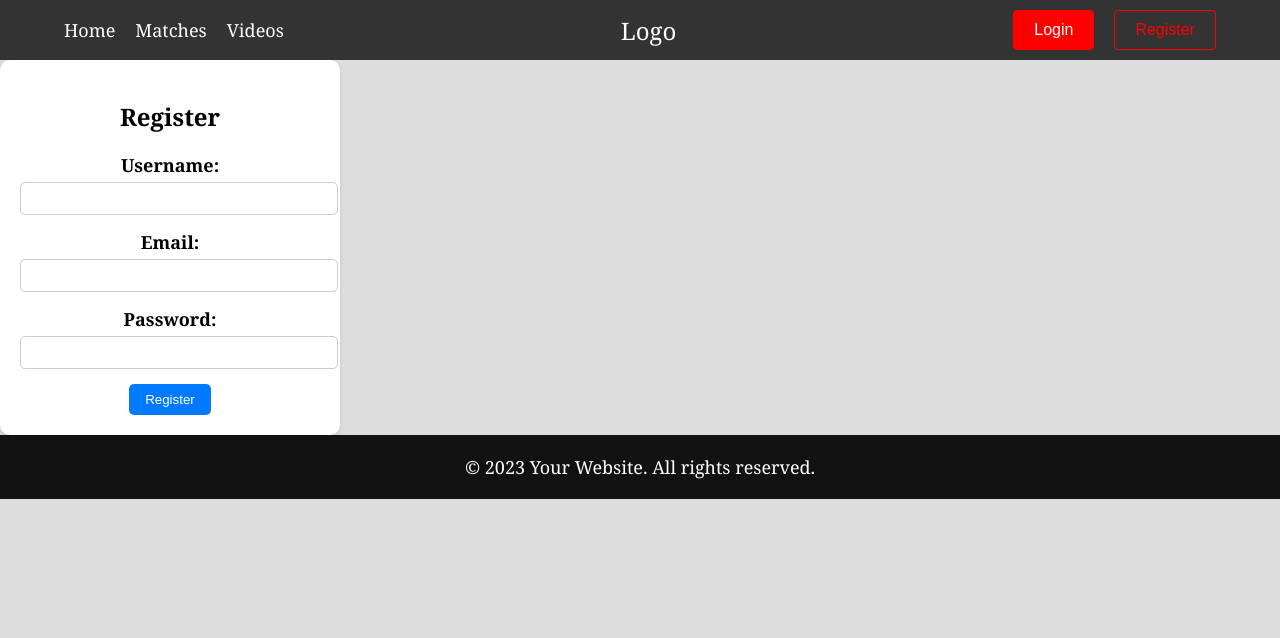
Repository: Temitech001/wrestling
Page: spiritofwarrior/register.html
These files come from the project's save history. The page is drawn as it stood at one moment and after a run of saves; the edit follows.
The browser window is 1280 px wide. The pictures show the whole page.

Above is the page before, as saved 2023-08-12 01:28:46.

### spiritofwarrior/register.html
<!DOCTYPE html>
<html lang="en">
<head>
    <meta charset="UTF-8">
    <meta name="viewport" content="width=device-width, initial-scale=1.0">
    <link rel="stylesheet" href="styles.css">
    <title>Register</title>
</head>
<body>
    <div class="navbar">
        <ul class="menu-items">
          <li class="menu-item"><a href="/index.html">Home</a></li>
          <li class="menu-item"><a href="/matches.html">Matches</a></li>
          <li class="menu-item"><a href="/videos.html">Videos</a></li>
        </ul>
        <div class="logo">
          <a href="#">Logo</a>
        </div>
        <div class="buttons">
          <a href="/login.html"><button class="button btn-login">Login</button></a>
          <a href="/register.html"><button class="button btn-reg">Register</button></a>
        </div>
      </div>

      <div class="register-container">
        <h2 class="register-heading">Register</h2>
        <form>
          <div class="input-group">
            <label for="username">Username:</label>
            <input type="text" id="username" name="username" required>
          </div>
          <div class="input-group">
            <label for="email">Email:</label>
            <input type="email" id="email" name="email" required>
          </div>
          <div class="input-group">
            <label for="password">Password:</label>
            <input type="password" id="password" name="password" required>
          </div>
          <button class="register-button" type="submit">Register</button>
        </form>
      </div>

      <footer class="footer">
        &copy; 2023 Your Website. All rights reserved.
      </footer>
</body>
</html>

### spiritofwarrior/styles.css
body {
  margin: 0;
  font-family: Cambria, Cochin, Georgia, Times, 'Times New Roman', serif;
  font-size: 18px;
  background-color: #ddd;
  overflow-x: hidden; /* This hides horizontal scroll */
}



.navbar {
  display: flex;
  justify-content: space-between;
  align-items: center;
  background-color: #333;
  color: #fff;
  padding: 10px 5%;
}

.logo {
  text-align: center;
}

.logo a {
  color: #fff;
  text-decoration: none;
  font-size: 24px;
}

.menu-items {
  list-style: none;
  display: flex;
  margin: 0;
  padding: 0;
}

.menu-item {
  margin-right: 20px;
}

.menu-item:last-child {
  margin-right: 0;
}

.menu-item a {
  color: #fff;
  text-decoration: none;
}

.buttons {
  display: flex;
  align-items: center;
}

.button {
  padding: 10px 20px;
  border: 1px solid;
  color: #fff;
  text-decoration: none;
  border-radius: 4px;
  display: inline-block;
  font-size: 16px;
  cursor: pointer;
}

.btn-login{
  background-color: red;
  border-color: red;
}

.btn-reg{
  margin-left: 20px;
  background-color: transparent;
  color: red;
  border-color: red;
}

/* Responsive Styles */
@media screen and (max-width: 768px) {
  .menu-items {
    display: none;
  }

  .button {
    display: none;
  }

  .logo {
    order: 2;
    flex-grow: 1;
  }

  /* .menu-items.mobile {
    display: block;
    background-color: #333;
    position: absolute;
    top: 50px;
    left: 0;
    width: 100%;
    text-align: center;
    padding: 10px 0;
    box-shadow: 0 4px 6px rgba(0, 0, 0, 0.1);
  }

  .menu-items.mobile li {
    margin-bottom: 10px;
  } */
}

.banner {
  position: relative;
  text-align: center;
  color: #fff;
  background-image: url('/assets/banner.jpg'); /* Replace with your image URL */
  background-size: cover;
  background-position: center;
  padding: 200px 0;
}

.banner-overlay {
  position: absolute;
  top: 0;
  left: 0;
  width: 100%;
  height: 100%;
  background-color: rgba(0, 0, 0, 0.5); /* Semi-transparent black overlay */
  z-index: 0;
}

.banner-content {
  position: relative;
  z-index: 1;
}

.banner h1 {
  font-size: 36px;
  margin-bottom: 20px;
}

/* Responsive Styles */
@media screen and (max-width: 768px) {
  .banner {
    padding: 50px 0;
  }

  .banner h1 {
    font-size: 28px;
  }
}

.section {
  padding: 50px 5%;
}

.event-row {
  display: flex;
  flex-wrap: wrap;
  margin: -15px; /* To counteract negative margins on columns */
  width: 100%;
  padding-left: 5%;
  padding-right: 5%;
}

.event-column {
  flex-basis: calc(33.33% - 30px); /* Adjust based on desired gutter width */
  padding: 15px; /* space between columns */
  box-sizing: border-box;
  text-align: center;
}

.event-image {
  max-width: 100%;
  height: auto;
  border-radius: 8px;
  margin-bottom: 10px;
}

.event-title {
  font-size: 18px;
  margin-bottom: 5px;
}

.event-location {
  color: #888;
  font-size: 14px;
}

/* Responsive Styles */
@media screen and (max-width: 768px) {
  .event-column {
    flex-basis: calc(50% - 20px);
  }
}

.video-section {
  text-align: center;
  width: 100%;
  margin-top: 30px;
  padding: 30px 5%;
}

.video-row {
  display: flex;
  flex-wrap: wrap;
  margin: -15px; /* To counteract negative margins on columns */
}

.video-column {
  flex-basis: calc(33.33% - 30px); /* Adjust based on desired gutter width */
  padding: 15px; /* Gutter between columns */
  box-sizing: border-box;
  text-align: center;
}

.video-iframe {
  width: 100%;
  height: 250px;
}

.video-caption {
  font-size: 16px;
  margin-top: 10px;
}

/* Responsive Styles */
@media screen and (max-width: 768px) {
  .video-column {
    flex-basis: calc(50% - 20px);
  }
}

.footer {
  background-color: #121212;
  color: #fff;
  text-align: center;
  padding: 20px 0;
}




.matches-container {
  display: grid;
  grid-template-columns: repeat(3, 1fr);
  gap: 20px;
  max-width: 1200px;
  margin: 0 auto;
  padding: 20px;
}

.match-card {
  background-color: #fff;
  border-radius: 10px;
  box-shadow: 0 2px 4px rgba(0, 0, 0, 0.1);
  padding: 20px;
  text-align: center;
}

.match-image {
  max-width: 100%;
  height: auto;
  border-radius: 5px;
}

.match-location,
.match-time {
  margin-top: 10px;
  font-size: 14px;
  color: #555;
}

.book-ticket-button {
  margin-top: 15px;
  background-color: #007bff;
  color: #fff;
  border: none;
  border-radius: 5px;
  padding: 8px 16px;
  cursor: pointer;
}

.book-ticket-button:hover {
  background-color: #0056b3;
}

@media (max-width: 767px) {
  .matches-container {
    grid-template-columns: 1fr;
  }
}

.videos-container {
  display: grid;
  grid-template-columns: repeat(4, 1fr);
  gap: 20px;
  max-width: 1200px;
  margin: 0 auto;
  padding: 20px;
}

.video-card {
  position: relative;
  background-color: #fff;
  border-radius: 10px;
  box-shadow: 0 2px 4px rgba(0, 0, 0, 0.1);
  overflow: hidden;
}

.video-thumbnail {
  max-width: 100%;
  height: auto;
  display: block;
}

.video-title {
  padding: 10px;
  font-size: 16px;
  text-align: center;
}

.video-buttons {
  position: absolute;
  top: 0;
  left: 0;
  right: 0;
  bottom: 0;
  background-color: rgba(0, 0, 0, 0.5);
  display: flex;
  flex-direction: column;
  justify-content: center;
  align-items: center;
  opacity: 0;
  transition: opacity 0.3s;
}

.video-card:hover .video-buttons {
  opacity: 1;
}

.download-button,
.watch-button {
  background-color: #FF0000;
  color: #fff;
  border: none;
  border-radius: 5px;
  padding: 8px 16px;
  margin: 5px;
  cursor: pointer;
}

.download-button:hover,
.watch-button:hover {
  background-color: #880f0a;
}

@media (max-width: 767px) {
  .videos-container {
    grid-template-columns: 1fr;
  }
}



.login-container {
  background-color: #fff;
  border-radius: 10px;
  box-shadow: 0 2px 4px rgba(0, 0, 0, 0.1);
  padding: 20px;
  width: 300px;
  text-align: center;
  margin: auto;
  margin-top: 50px;
  margin-bottom: 50px;
}

.login-heading {
  font-size: 24px;
  margin-bottom: 20px;
}

.input-group {
  margin-bottom: 15px;
}

.input-group label {
  display: block;
  margin-bottom: 5px;
  font-weight: bold;
}

.input-group input {
  width: 100%;
  padding: 8px;
  border: 1px solid #ccc;
  border-radius: 5px;
}

.login-button {
  background-color: #007bff;
  color: #fff;
  border: none;
  border-radius: 5px;
  padding: 8px 16px;
  cursor: pointer;
}

.login-button:hover {
  background-color: #0056b3;
}

@media (max-width: 767px) {
  .login-container {
    width: 80%;
  }
}

.register-container {
  background-color: #fff;
  border-radius: 10px;
  box-shadow: 0 2px 4px rgba(0, 0, 0, 0.1);
  padding: 20px;
  width: 300px;
  text-align: center;
  ma
}

.register-heading {
  font-size: 24px;
  margin-bottom: 20px;
}

.input-group {
  margin-bottom: 15px;
}

.input-group label {
  display: block;
  margin-bottom: 5px;
  font-weight: bold;
}

.input-group input {
  width: 100%;
  padding: 8px;
  border: 1px solid #ccc;
  border-radius: 5px;
}

.register-button {
  background-color: #007bff;
  color: #fff;
  border: none;
  border-radius: 5px;
  padding: 8px 16px;
  cursor: pointer;
}

.register-button:hover {
  background-color: #0056b3;
}

@media (max-width: 767px) {
  .register-container {
    width: 80%;
  }
}

After the next 5 saves:
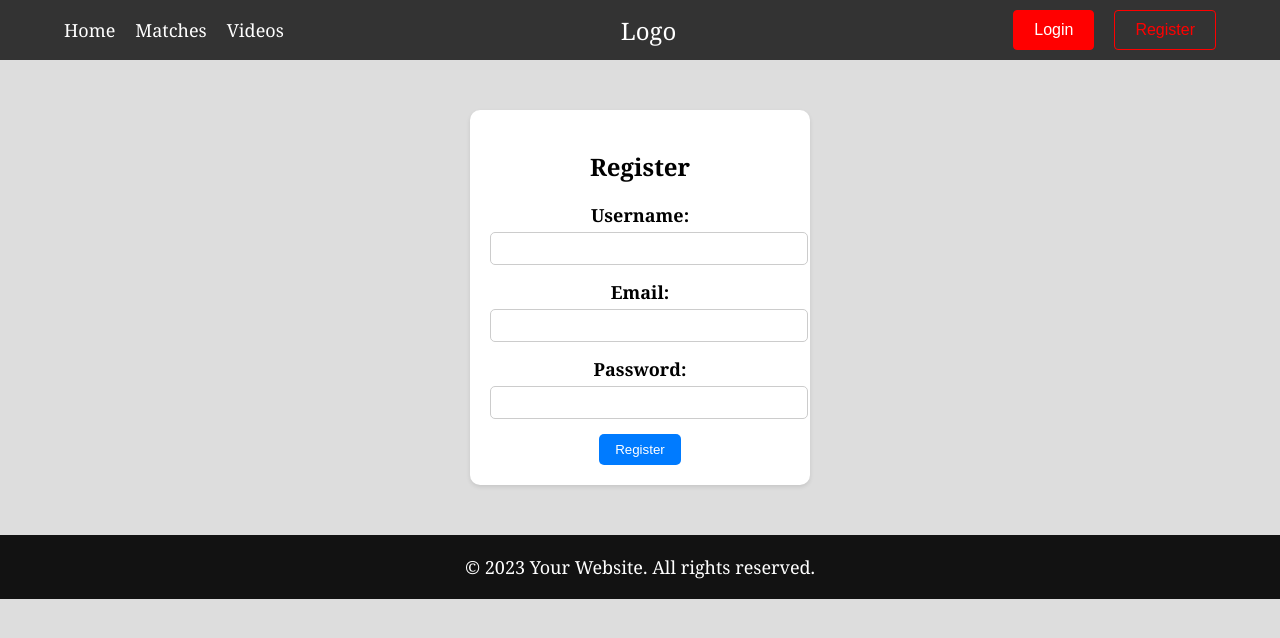
The 5 saves are shown as one change because they came seconds apart.
The last was saved 15 s later.
--- a/spiritofwarrior/styles.css
+++ b/spiritofwarrior/styles.css
@@ -421,7 +421,9 @@ body {
   padding: 20px;
   width: 300px;
   text-align: center;
-  ma
+  margin: auto;
+  margin-top: 50px;
+  margin-bottom: 50px;
 }
 
 .register-heading {
